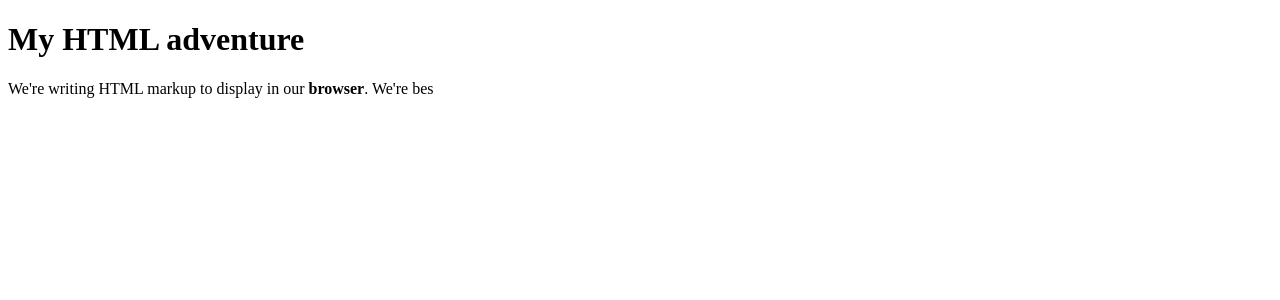
Repository: peterclermy232/phase-0-the-dom-editing-lab
Page: index.html
The author's editor kept a copy of each file at every save. The page is drawn from the files as they stood at one save, then again after a run of saves.
The browser window is 1280 px wide. The pictures show the whole page.

Above is the page before, as saved 2022-06-02 19:13:26.

After the next 7 saves:
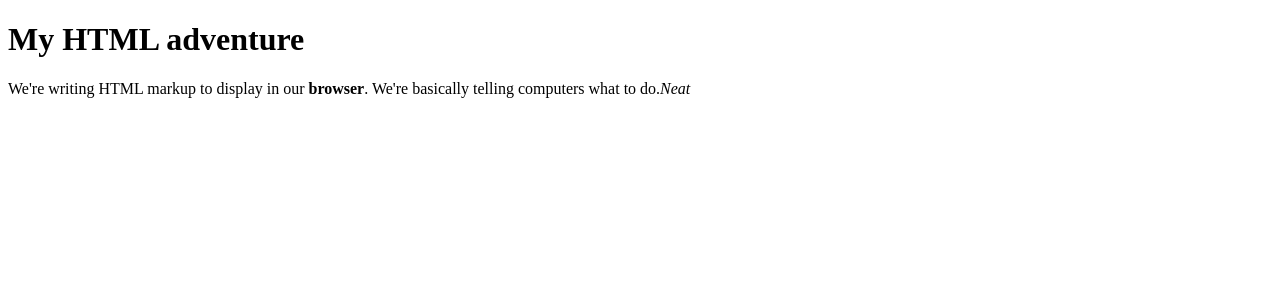
The 7 saves are shown as one change because they came seconds apart.
The last was saved 30 s later.
--- a/index.html
+++ b/index.html
@@ -11,7 +11,7 @@
     <h1>My HTML adventure</h1>
     <p>
         We're writing HTML markup to display in our <strong>browser</strong>.
-        We're bes
+        We're basically telling computers what to do.<em>Neat</em>
     </p>
 </body>
 </html>
